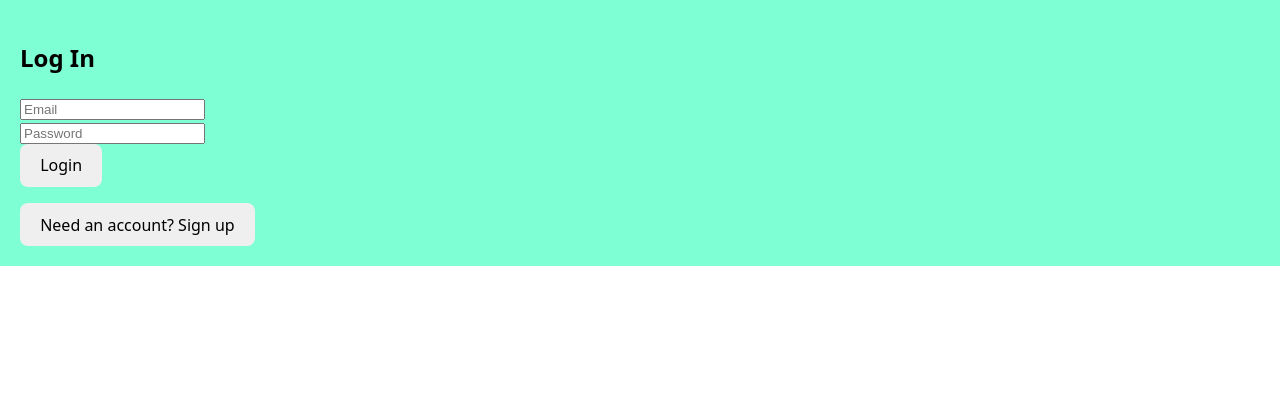
Repository: rosieomusic/chore-app
Page: /
The author's editor kept a copy of each file at every save. The page is drawn from the files as they stood at one save, then again after the next save.
The browser window is 1280 px wide. The pictures show the whole page.
The project was rebuilt for these pictures with package versions that can differ from the ones it lists, and the page was loaded fresh each time. Also part of the build but not shown: vite.config.js, src/components/ChoreListComponent.jsx.

Above is the page before, as saved 2025-06-08 16:17:07.

After the next save:
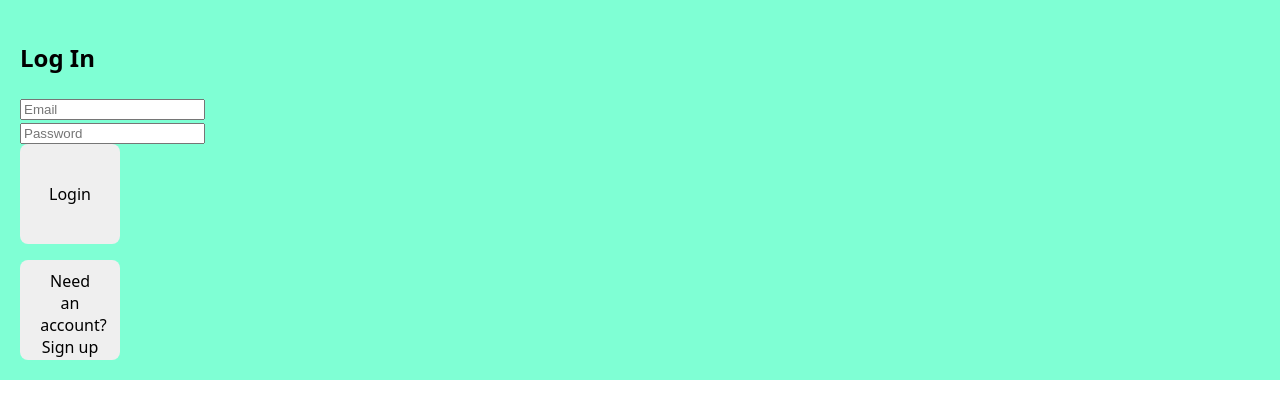
Saved 20 s later.
--- a/src/App.css
+++ b/src/App.css
@@ -9,6 +9,10 @@
 #welcome {
 	display: flex;
 }
+button {
+	width: 100px;
+	height: 100px;
+}
 
 @font-face {
 	font-family: 'alagard';
